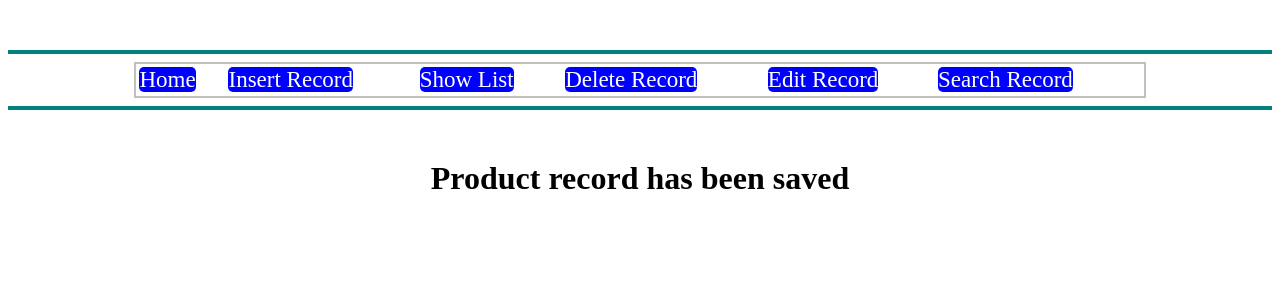
Repository: nikunj-var/Advance_Java
Page: http://localhost/product_management/save-record.jsp
The author's editor kept a copy of each file at every save. The page is drawn from the files as they stood at one save, then again after the next save.
The browser window is 1280 px wide. The pictures show the whole page.
The page is served by Tomcat 10.

Above is the page before, as saved 2023-07-20 10:37:32.

After the next save:
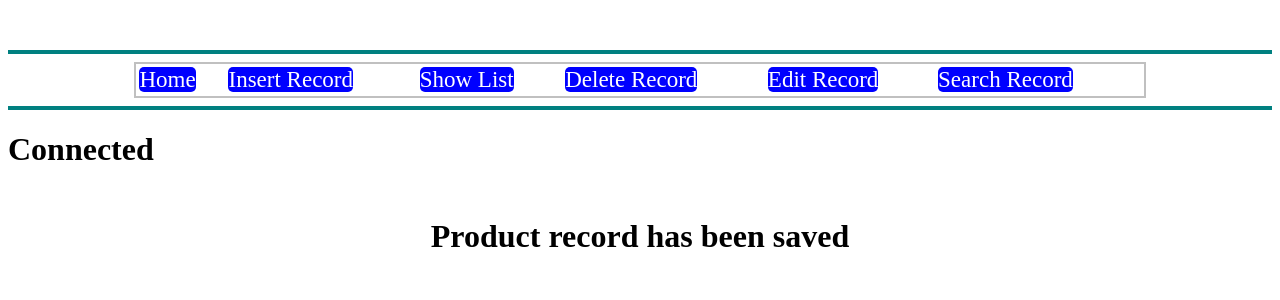
Saved 104 s later.
--- a/product_management/src/main/webapp/connection.jsp
+++ b/product_management/src/main/webapp/connection.jsp
@@ -6,6 +6,7 @@
 Connection cn = DriverManager.getConnection("jdbc:mysql://localhost/jsp12","root","Nikunj@123");
 Statement st = cn.createStatement();
 st.execute("create table product(pid int primary key,pname varchar(30))");
-cn.close();
-System.out.println("connected..");
 %>
+<div>
+<h1>Connected</h1>
+</div>

After the save that followed:
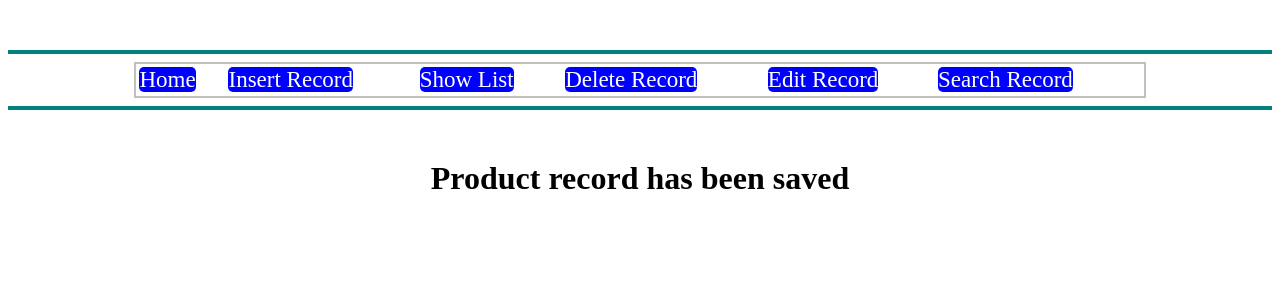
Saved 67 s later.
--- a/product_management/src/main/webapp/connection.jsp
+++ b/product_management/src/main/webapp/connection.jsp
@@ -4,9 +4,5 @@
 
 Class.forName("com.mysql.cj.jdbc.Driver");
 Connection cn = DriverManager.getConnection("jdbc:mysql://localhost/jsp12","root","Nikunj@123");
-Statement st = cn.createStatement();
-st.execute("create table product(pid int primary key,pname varchar(30))");
+
 %>
-<div>
-<h1>Connected</h1>
-</div>
